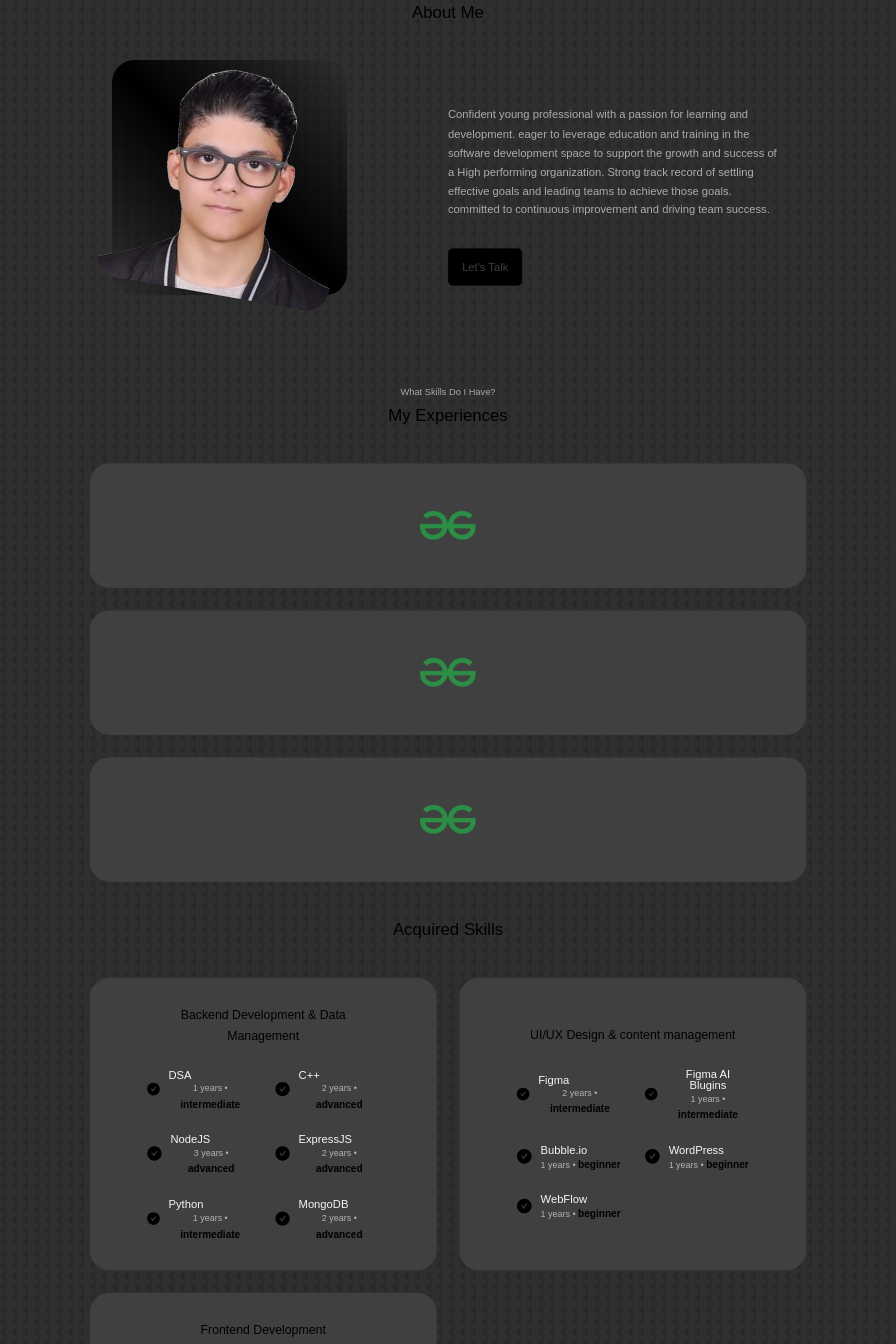
Repository: Z-Bahaa/project_joker_react_portfolio
Page: /
An editor plug-in stored every save of this project. The page is shown before and after a run of saves, followed by the edit.
The browser window is 1280 px wide. The pictures show the part of the page from y = 1017 to 2937 px (the page is 5477 px tall), at 70% of full size.
Some web fonts or font styles are not loaded; a fallback is used. The project was rebuilt for these pictures with package versions that can differ from the ones it lists, and the page was loaded fresh each time. Imported but missing from the stored project, and not drawn on this page: src/assets/resume.pdf.

Above is the page before, as saved 2023-08-21 13:47:08.

### public/index.html
<!DOCTYPE html>
<html lang="en">

<head>
  <meta charset="UTF-8">
  <meta name="viewport" content="width=device-width, initial-scale=1.0">
  <title>Zeyad Bahaa</title>
  <link rel="shortcut icon" href="/Logo.png" />
</head>

<body>
  <div id="root"></div>
</body>

</html>

### src/App.jsx
import Header from './components/header/Header'
import Nav from './components/nav/Nav'
import About from './components/about/About'
import Experience from './components/experience/Experience'
// import Services from './components/services/Services'
import Portfolio from './components/portfolio/Portfolio'
// import Testimonials from './components/testimonials/Testimonials'
import Contact from './components/contact/Contact'
import Footer from './components/footer/Footer'


const App = () => {
  return (
    <>
      <Header />
      <Nav />
      <About />
      <Experience />
      {/* <Services /> */}
      <Portfolio />
{/*       <Testimonials /> */}
      <Contact />
      <Footer />

    </>
  )
}

export default App

### src/components/header/Header.jsx
import './header.css';
import CTA from './CTA'
import ME from '../../assets/me-3.png'
import HeaderSocials from './HeaderSocials'

const Header = () => {
  return (
    <div className='header container' id='home'>
      <div className='header__container'>
        <h5>Hello, I'm</h5>
        <h1>Zeyad Bahaa</h1>
        <h5 className="text-light">Software & web development Enthusiast</h5>
        <CTA />
        <HeaderSocials />

        <div className="me">
          <img src={ME} alt="" />
        </div>

        <a href='#contact' className="scroll__down">Scroll Down</a>
      </div>
    </div>
  )
}

export default Header

### src/components/nav/Nav.jsx
import './nav.css'
import { AiOutlineHome, AiOutlineUser, AiOutlineMessage } from 'react-icons/ai'
import { BiBookAlt } from 'react-icons/bi'
import { BsBagDash } from 'react-icons/bs'
import { useState} from 'react'

const Nav = () => {
  const [activeNav, setActiveNAv] = useState('#')
  return (
    <div className="nav">
      <a href="#home" className={activeNav === '#' ? 'active' : ''} onClick={() => setActiveNAv('#')}><AiOutlineHome /></a>
      <a href="#about" className={activeNav === '#about' ? 'active' : ''} onClick={() => setActiveNAv('#about')}><AiOutlineUser /></a>
      <a href="#experience" className={activeNav === '#experience' ? 'active' : ''} onClick={() => setActiveNAv('#experience')}><BiBookAlt /></a>
      <a href="#services" className={activeNav === '#services' ? 'active' : ''} onClick={() => setActiveNAv('#services')}><BsBagDash /></a>
      <a href="#contact" className={activeNav === '#contact' ? 'active' : ''} onClick={() => setActiveNAv('#contact')}><AiOutlineMessage /></a>
    </div>
  )
}

export default Nav

### src/components/about/About.jsx
import './about.css'
import ME from '../../assets/me-3.png'
/* import { FiAward, FiUsers } from 'react-icons/fi'
import { AiFillFolderOpen } from 'react-icons/ai' */
const About = () => {
  return (
    <div className="section" id="about">
      <h5>Get To Know</h5>
      <h2>About Me</h2>

      <div className="container about__container">
        <div className="about__me">
          <div className="about__me-image">
            <img src={ME} alt="About" />
          </div>
        </div>

        <div className="about__content">
          {/* <div className="about__cards">

            <div className="about__card">
              <FiAward className="about__icon" />
              <h5>Experience</h5>
              <small>3+ Years Working</small>
            </div>

            <div className="about__card">
              <FiUsers className="about__icon" />
              <h5>Clients</h5>
              <small>200+ Worldwide</small>
            </div>

            <div className="about__card">
              <AiFillFolderOpen className="about__icon" />
              <h5>Projects</h5>
              <small>80+ Completed Projects</small>
            </div>

          </div> */}

          <p>
          Confident young professional with a passion for learning and development. eager to leverage education and training in the software development space to support the growth and success of a High performing organization. Strong track record of settling effective goals and leading teams to achieve those goals. committed to continuous improvement and driving team success.
          </p>

          <a href="#contact" className="btn btn-primary">Let's Talk</a>
        </div>
      </div>
    </div>
  )
}

export default About

### src/components/experience/Experience.jsx
import './experience.css'
import {experiences} from '../../data/experiences'
import { AiFillCheckCircle } from 'react-icons/ai'
import GFG from '../../assets/GFG.png'

const Experience = () => {
  return (
    <div className="section" id="experience">
      <h5>What Skills Do I Have?</h5>
      <h2>My Experiences</h2>
      <div className="history__container">
        {
          experiences.map((field) => (
            <div>
              <div className="image-container">
                <img src={GFG}/>
              </div>
            </div>
          ))
        }
      </div>
      <h2>Acquired Skills</h2>
      <div className="experience__container">
        {
          experiences.map((field) => (
            <div>
              <h3>{field.title}</h3>
              <div className="experience__content">
                {
                  field.list.map((item) => (
                    <div className="experience__details">

                        <AiFillCheckCircle className="experience__details-icon"/>
                        <div>
                          <h4>{item.name}</h4>
                          <small>{(item.experience + " ")} • <span>{" " + item.level}</span> </small>
                        </div>
                    </div>
                  ))
                }
              </div>
            </div>
          ))
        }
      </div>

    </div>
  )
}

export default Experience

### src/components/portfolio/Portfolio.jsx
import './portfolio.css'
import projects from '../../data/projects'



const Portfolio = () => {
  return (
    <div className="section">
      <h5>My Recent Work</h5>
      <h2>Portfolio</h2>

      <div className="container portfolio__container">
        {
          projects.map(item => (
            <div  key={item.id} className="portfolio__item">
              <img src={item.img} className="portfolio__item-image" alt=""/>
              <h3>{item.title || 'This is a portfolio item title'}</h3>
              <div className="portfolio__item-cta">
                <a className="btn" href={item.github} target='_blank' rel="noreferrer">Github</a>
                <a className="btn btn-primary" href={item.demo} target='_blank' rel="noreferrer">Live Demo</a>
              </div>
            </div>
          ))
        }
      </div>
    </div>
  )
}

export default Portfolio

### src/components/contact/Contact.jsx
import './contact.css'
import { AiOutlineMail, AiOutlineWhatsApp } from 'react-icons/ai'
import { RiMessengerLine } from 'react-icons/ri'


const Contact = () => {

  return (
    <div className="section" id="contact">
      <h5>Get In Touch</h5>
      <h2>Contact Me</h2>

      <div className="container contact__container">
        <div className="contact__options">

          <div className="contact__option">
            <AiOutlineMail className='contact__option-icon'/>
            <h4>Email</h4>
            <h5>zizobahaapersonal@gmail.com</h5>
            <a href="mailto:zizobahaapersonal@gmail.com">Send a message</a>
          </div>

          <div className="contact__option">
            <RiMessengerLine className='contact__option-icon'/>
            <h4>Messenger</h4>
            <h5>Zizo Bahaa</h5>
            <a href="https://m.me/100071918118359">Send a message</a>
          </div>
          <div className="contact__option">
            <AiOutlineWhatsApp className='contact__option-icon' />
            <h4>WhatsApp</h4>
            <h5>+201020730202</h5>
            <a href="https://api.whatsapp.com/send?phone=201020730202" >Send a message</a>
          </div>

        </div>

{        <form
          // ref={form}
          // onSubmit={sendEmail}
          >
          <input type="text" name="name" placeholder="Your Full Name" required/>
          <input type="email" name="email" placeholder="Your Email" required/>
          <textarea name="message" placeholder="Your Message" rows="7" required/>
          <button type="submit" className="btn btn-primary">send Message</button>
        </form>}
      </div>
    </div>
  )
}

export default Contact

### src/components/footer/Footer.jsx
import './footer.css'
import { AiOutlineLinkedin, AiOutlineFacebook, } from 'react-icons/ai'
import { FiTwitter, FiGithub, FiInstagram } from 'react-icons/fi'
import { FaTiktok } from 'react-icons/fa'
import { SiMyanimelist } from 'react-icons/si'

const Footer = () => {
  return (
    <div className="footer">
      <a href="#home" className="footer__icon">Z. bahaa</a>

      <ul className="permalinks">
        <li><a href="#home">Home</a></li>
        <li><a href="#about">About</a></li>
        <li><a href="#experience">Experience</a></li>
        <li><a href="#services">Services</a></li>
        <li><a href="#portfolio">Portfolio</a></li>
        {/* <li><a href="#testimonials">Testimonials</a></li> */}
        <li><a href="#contact">Contact</a></li>
      </ul>

      <div className="footer__socials" >
        <a href='https://www.linkedin.com/in/z-bahaa-194022234/' target='_blank' rel="noreferrer"><AiOutlineLinkedin /></a>
        <a href='https://github.com/Z-Bahaa' target='_blank' rel="noreferrer"><FiGithub /></a>
        <a href='https://www.facebook.com/profile.php?id=100071918118359' target='_blank' rel="noreferrer"><AiOutlineFacebook /></a>
        <a href='https://twitter.com/ZBahaa2' target='_blank' rel="noreferrer"><FiTwitter /></a>
        <a href='https://www.tiktok.com/@z_bahaa' target='_blank' rel="noreferrer"><FaTiktok /></a>
        <a href='https://www.instagram.com/bahaa_zizo/' target='_blank' rel="noreferrer"><FiInstagram /></a>
        <a href='https://myanimelist.net/animelist/zizobahaa1' target='_blank' rel="noreferrer"><SiMyanimelist /></a>
      </div>

      <div className="footer__coptright">
        <small>&copy; Z.bahaa. All rights reserved.</small>
      </div>
    </div>
  )
}

export default Footer

### src/components/header/header.css
.header {
  height: 120vh;
  padding-top: 7rem;
  /* overflow: hidden; */
}

.header__container {
  text-align: center;
  height: 100%;
  position: relative;
}

.cta {
  margin-top: 2.5rem;
  display: flex;
  gap: 1.2rem;
  justify-content: center;
}

.header__socials {
  display: flex;
  flex-direction: column;
  position: absolute;
  left: 0;
  bottom: 2rem;
  gap: 1rem;
}

.header__socials::after {
  content: "";
  width: 1px;
  height: 2rem;
  background: var(--color-primary);
  align-self: center;
}

.me {
  background: linear-gradient(var(--color-primary), transparent);
  width: 22rem;
  max-height: 27rem;
  position: absolute;
  left: calc(50% - 11rem);
  margin-top: 4rem;
  border-radius: 12rem 12rem 0 0;
  -webkit-border-radius: 12rem 12rem 0 0;
  -moz-border-radius: 12rem 12rem 0 0;
  -ms-border-radius: 12rem 12rem 0 0;
  -o-border-radius: 12rem 12rem 0 0;
  overflow: hidden;
  /* padding: 5rem 1.5rem 1.5rem 1.5rem; */
}
/* .me img {
  min-height: 40rem;
} */

.scroll__down {
  position: absolute;
  right: 0rem;
  bottom: 5rem;
  transform: rotate(90deg);
  -webkit-transform: rotate(90deg);
  -moz-transform: rotate(90deg);
  -ms-transform: rotate(90deg);
  -o-transform: rotate(90deg);
  font-weight: 300;
  font-size: 0.9rem
}

@media screen and (max-width: 1024px) {
  .header {
    height: 70vh;
  }
}

@media screen and (max-width: 600px) {
  .header {
    height: 100vh;
  }


}

### src/components/header/CTA.jsx
import CV from '../../assets/resume.pdf'

import React from 'react'

const CTA = () => {
  return (
    <div className="cta">
      <a href={CV} className='btn'>Download CV</a>
      <a href="#contact" className="btn btn-primary">Let's Talk</a>
    </div>
  )
}

export default CTA

### src/components/header/HeaderSocials.jsx
import { AiOutlineLinkedin, AiOutlineFacebook,} from 'react-icons/ai'
import {FiGithub} from 'react-icons/fi'



const HeaderSocials = () => {
  return (
    <div className="header__socials">
      <a href='https://www.linkedin.com/in/zizo-bahaa' target='_blank'  rel="noreferrer"><AiOutlineLinkedin /></a>
      <a href='https://github.com/Z-Bahaa' target='_blank'  rel="noreferrer"><FiGithub /></a>
      <a href='https://www.facebook.com/profile.php?id=100071918118359' target='_blank'  rel="noreferrer"><AiOutlineFacebook /></a>
    </div>
  )
}

export default HeaderSocials

### src/components/nav/nav.css
.nav {
  background: rgba(0, 0, 0, 0.3);
  width: max-content;
  display: block;
  padding: 0.7em 1.7em;
  z-index: 2;
  position: fixed;
  left: 50%;
  transform: translateX(-50%);
  -webkit-transform: translateX(-50%);
  -moz-transform: translateX(-50%);
  -ms-transform: translateX(-50%);
  -o-transform: translateX(-50%);
  bottom: 2rem;
  display: flex;
  gap: 0.8rem;
  border-radius: 3rem;
  -webkit-border-radius: 3rem;
  -moz-border-radius: 3rem;
  -ms-border-radius: 3rem;
  -o-border-radius: 3rem;
  backdrop-filter: blur(15px);
}

.nav a {
  background: transparent;
  padding: 0.8rem;
  border-radius: 50%;
  -webkit-border-radius: 50%;
  -moz-border-radius: 50%;
  -ms-border-radius: 50%;
  -o-border-radius: 50%;
  display: flex;
  color: var(--color-light);
  font-size: 1.1rem;
}

.nav a:hover {
  background: rgba(0, 0, 0, 0.3);
}

.nav a.active {
  background: var(--color-primary);
  color: var(--color-bg)
}

### src/components/experience/experience.css
.experience__container {
  display: grid;
  grid-template-columns: 1fr 1fr;
  justify-content: center;
  gap: 2rem;
  margin-inline: 8rem;
}

.history__container {
  display: grid;
  grid-template-columns: 1fr;
  justify-content: center;
  gap: 2rem;
  margin-inline: 8rem;
  margin-bottom: 3rem;
}

.experience__container>div, .history__container>div {
  background: var(--color-bg-variant);
  display: flex;
  flex-direction: column;
  justify-content: center;
  width: 100%;
  padding: 2.4rem 5rem;
  border-radius: 1.8rem;
  -webkit-border-radius: 1.8rem;
  -moz-border-radius: 1.8rem;
  -ms-border-radius: 1.8rem;
  -o-border-radius: 1.8rem;
  border: 1px solid transparent;
  transition: var(--transition);
  -webkit-transition: var(--transition);
  -moz-transition: var(--transition);
  -ms-transition: var(--transition);
  -o-transition: var(--transition);
}

.history__container>div {
  display: flex;
  flex-direction: row;
  align-items: flex-start;
  justify-content: center;
  padding: 2rem;
}

.history__container>div .image-container{
  aspect-ratio: 1;
  display: flex;
  align-items: center;
  justify-content: center;
  width: fit-content;
  padding: 1rem;
  /* background-color: red; */
  border-radius: 1.8rem;
  -webkit-border-radius: 1.8rem;
  -moz-border-radius: 1.8rem;
  -ms-border-radius: 1.8rem;
  -o-border-radius: 1.8rem;
  background: transparent;
  border-width: 10px;
  border-color: var(--color-white);
  cursor: default;
}

.history__container>div .image-container img{
  width: 5rem;
}

.experience__container>div:hover, .history__container>div:hover {
  background: transparent;
  border-color: var(--color-primary-variant);
  cursor: default;
}

.experience__container>div h3 {
  text-align: center;
  font-size: 1.1rem;
  margin-bottom: 2rem;
  color: var(--color-primary);
}

.experience__content {
  display: grid;
  grid-template-columns: 1fr 1fr;
  width: 100%;
  justify-content: space-between;
  /* background-color: red; */
  align-items: space-between;
  gap: 2rem;
  row-gap: 1.9rem;
}

.experience__details {
  display: flex;
  /* background-color: red; */
  width: fit-content;
  align-items: center;
  gap: .7rem;
}

.experience__details-icon {
  margin-bottom: 6px;
  font-size: 1.5rem;
  color: var(--color-primary);
}

.experience__details div {
  display: flex;
  flex-direction: column;
  gap: 0;
  align-items: flex-start;
  justify-content: center;
}

.experience__details div h4 {
  text-align: center;
  font-size: 1rem;
  line-height: 1rem;
  color: var(--color-white);
}

.experience__details div small {
  text-align: center;
  font-size: .8rem;
  /* line-height: 1rem; */
  color: var(--color-light);
}

.experience__details div span {
  text-align: center;
  font-size: .9rem;
  font-weight: bold;
  color: var(--color-primary);
}

@media screen and (max-width: 1024px) {
  .experience__container {
    grid-template-columns: 1fr;
    gap: 2rem;
  }

  .experience__container>div {
    width: 80%;
    padding: 2rem;
    margin: 0 auto;
  }

  .experience__content {
    padding: 1rem;
  }
}

@media screen and (max-width: 600px) {
  .experience__container {
    gap: 1rem;
  }

  .experience__container>div {
    width: 100%;
    padding: 2rem 1rem;
    margin: 0 auto;
  }
}

### src/components/portfolio/portfolio.css
.portfolio__container {
  display: grid;
  grid-template-columns: repeat(3, 1fr);
  gap: 2.5rem;
}

.portfolio__item {
  background: var(--color-bg-variant);
  padding: 1.2rem;
  border-radius: 2rem;
  -webkit-border-radius: 2rem;
  -moz-border-radius: 2rem;
  -ms-border-radius: 2rem;
  -o-border-radius: 2rem;
  border: 1px solid transparent;
  transition: var(--transition);
  -webkit-transition: var(--transition);
  -moz-transition: var(--transition);
  -ms-transition: var(--transition);
  -o-transition: var(--transition);
}

.portfolio__item:hover {
  border-color: var(--color-primary-variant);
  background: transparent;
}

.portfolio__item-image {
  border-radius: 1.5rem;
  -webkit-border-radius: 1.5rem;
  -moz-border-radius: 1.5rem;
  -ms-border-radius: 1.5rem;
  -o-border-radius: 1.5rem;
  overflow: hidden;
}

.portfolio__item h3 {
  margin: 1.2rem 0.2rem;
}

.portfolio__item-cta {
  display: flex;
  gap: 1rem;
  margin-bottom: 1rem;
}

@media screen and (max-width: 1024px) {
  .portfolio__container {
    grid-template-columns: 1fr 1fr;
    gap: 1.2rem;
  }
}

@media screen and (max-width: 600px) {
  .portfolio__container {
    grid-template-columns: 1fr;
    gap: 1rem;
  }
}

### src/components/contact/contact.css
.container.contact__container {
  width: 58%;
  display: grid;
  grid-template-columns: 30% 58%;
  gap: 12%;
}

.contact__options {
  display: flex;
  flex-direction: column;
  gap: 1.2rem;
}

.contact__option {
  background: var(--color-bg-variant);
  padding: 1.2rem;
  border-radius: 1.2rem;
  -webkit-border-radius: 1.2rem;
  -moz-border-radius: 1.2rem;
  -ms-border-radius: 1.2rem;
  -o-border-radius: 1.2rem;
  text-align: center;
  border: 1px solid transparent;
  transition: var(--transition);
  overflow: hidden;
}

.contact__option:hover {
  background: transparent;
  border-color: var(--color-primary-variant);
}

.contact__option-icon {
  font-size: 1.5rem;
  margin-bottom: 0.5rem;

}

.contact__option a {
  margin-top: 0.7rem;
  display: inline-block;
  font-size: .8rem;
}

form {
  display: flex;
  flex-direction: column;
  gap: 1.2rem;
}

input, textarea {
  width: 100%;
  padding: 1.5rem;
  border-radius: 0.5rem;
  -webkit-border-radius: 0.5rem;
  -moz-border-radius: 0.5rem;
  -ms-border-radius: 0.5rem;
  -o-border-radius: 0.5rem;
  background: transparent;
  border: 1px solid var(--color-primary-variant);
  resize: none;
  color: var(--color-white);
}

@media screen and (max-width: 1024px) {
  .container.contact__container {
    grid-template-columns: 1fr;
    gap: 2rem;
  }
}

@media screen and (max-width: 600px) {
  .container.contact__container {
    width: var(--container-width-sm);
  }
}

### src/components/footer/footer.css
.footer {
  background: var(--color-primary);
  padding: 3rem 0;
  padding-bottom: 0;
  text-align: center;
  font-size:0.9rem;
  margin-top: 7rem;
}

.footer a {
  color: var(--color-bg);
}

.footer__icon {
  font-size:2rem;
  font-weight: 500;
  margin-bottom: 2rem;
  display: inline-block;
}

.permalinks {
  display: flex;
  flex-wrap: wrap;
  justify-content: center;
  gap: 2rem;
  margin: 0 auto 3rem;
}

.footer__socials {
  display: flex;
  justify-content: center;
  gap: 1rem;
  margin-bottom: 4rem;
}

.footer__socials a {
  background: var(--color-bg);
  color: var(--color-white);
  padding: 0.8rem;
  border-radius: 0.7rem;
  -webkit-border-radius: 0.7rem;
  -moz-border-radius: 0.7rem;
  -ms-border-radius: 0.7rem;
  -o-border-radius: 0.7rem;
  display: flex;
  border: 1px solid transparent;
  margin-bottom: 5rem;
}

.footer__socials a:hover {
  background: transparent;
  color: var(--color-bg);
  border-color: var(--color-bg);

}

.footer__copyright {
  margin-bottom: 4rem;
  color: var(--color-bg);
}

@media screen and (max-width: 600px) {
  .permalinks {
    flex-direction: column;
    gap: 1.5rem;
  }
}

Loaded but not shown: src/data/experiences.js (105 lines, source omitted); src/data/projects.js (59 lines, source omitted); src/index.js (5 lines, source omitted); src/index.css (151 lines, source omitted); src/components/about/about.css (141 lines, source omitted)

After the next 2 saves:
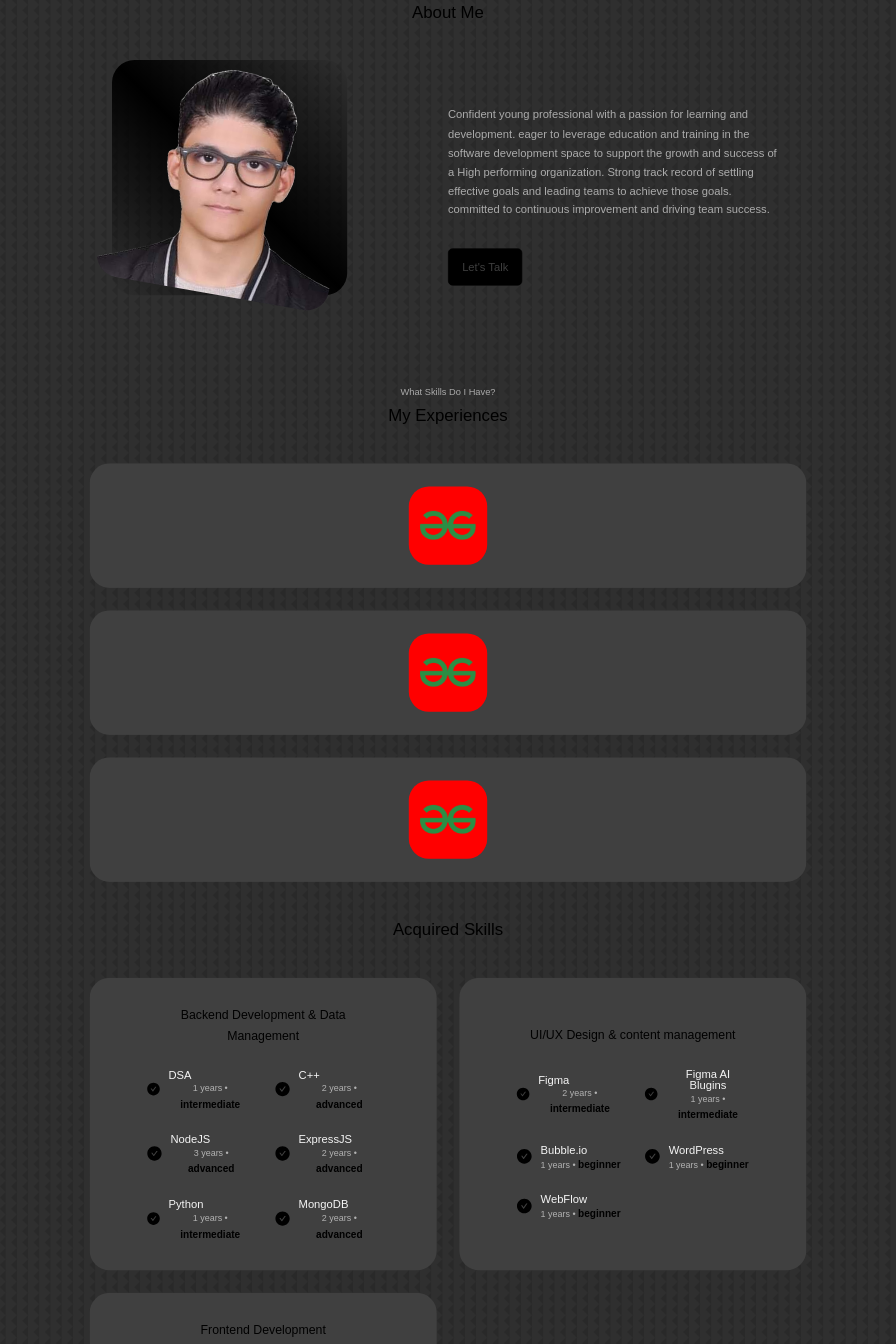
The 2 saves are shown as one change because they came seconds apart.
The last was saved 14 s later.
--- a/src/components/experience/experience.css
+++ b/src/components/experience/experience.css
@@ -50,13 +50,13 @@
   justify-content: center;
   width: fit-content;
   padding: 1rem;
-  /* background-color: red; */
+  background-color: red;
   border-radius: 1.8rem;
   -webkit-border-radius: 1.8rem;
   -moz-border-radius: 1.8rem;
   -ms-border-radius: 1.8rem;
   -o-border-radius: 1.8rem;
-  background: transparent;
+  /* background: transparent; */
   border-width: 10px;
   border-color: var(--color-white);
   cursor: default;
